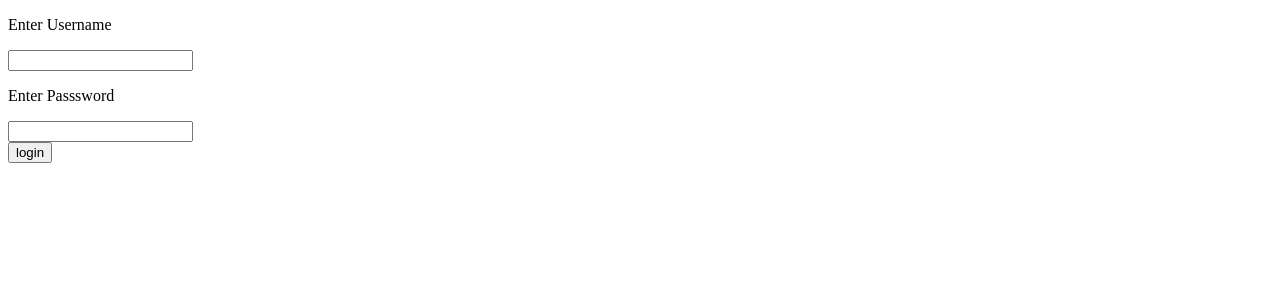
Repository: Annam-Pardha-Saradhi/Servlet-Projects
Page: http://localhost/project-2-login-jsp-servlets-jdbc-example/
These files come from the project's save history. The page is drawn as it stood at one moment and after the next save; the edit follows.
The browser window is 1280 px wide. The pictures show the whole page.
The page is served by Tomcat 10.

Above is the page before, as saved 2024-09-06 10:51:30.

After the next save:
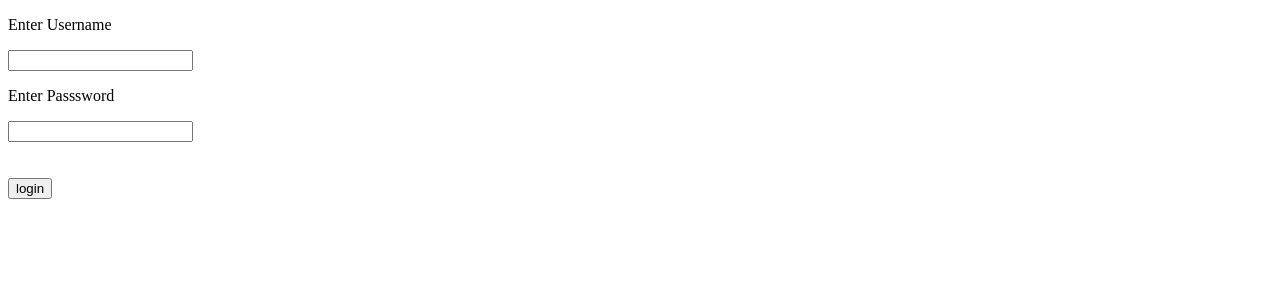
Saved 34 s later.
--- a/servlet_projects/project-2-login-jsp-servlets-jdbc-example/src/main/webapp/index.jsp
+++ b/servlet_projects/project-2-login-jsp-servlets-jdbc-example/src/main/webapp/index.jsp
@@ -11,7 +11,7 @@
 <p>Enter Username</p>
 <input type="text" name="uname"/>
 <p>Enter Passsword</p>
-<input type="password" name="pwd"/><br>
+<input type="password" name="pwd"/><br><br><br>
 <input type="submit" value="login"/>
 </form>
 </body>
